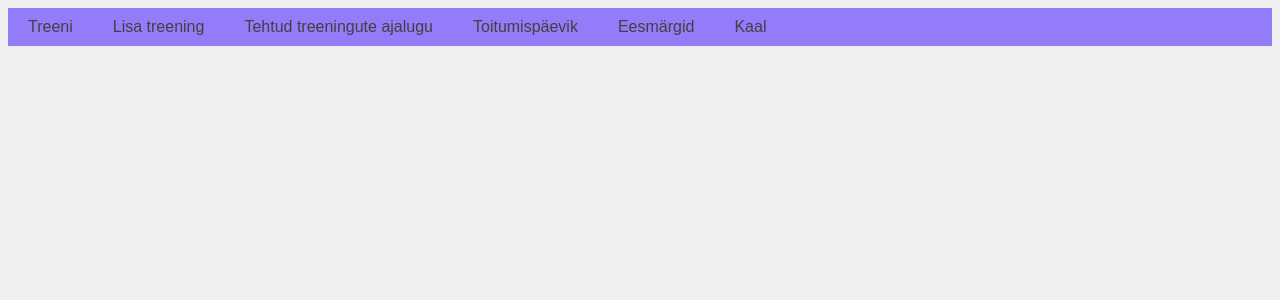
Repository: kairitsims/tarkvaratehnika
Page: Fitt/src/main/main.html
These files come from the project's save history. The page is drawn as it stood at one moment and after the next save; the edit follows.
The browser window is 1280 px wide. The pictures show the whole page.

Above is the page before, as saved 2017-02-18 16:35:15.

### Fitt/src/main/main.html
<!DOCTYPE html>
<html>

<head>
    <meta charset="utf-8">
    <title>Esileht</title>
    <link rel = "stylesheet" href="style.css">
</head>

<body>

<div>
    <ul>
        <li><a href="main.php">Treeni</a></li>
         <li><a href="description.php">Lisa treening</a></li>
        <li><a href="description.php">Tehtud treeningute ajalugu</a></li>
        <li><a href="tweet.php">Toitumispäevik</a></li>
        <li><a href="search.php">Eesmärgid</a></li>
        <li><a href="logout.php">Kaal</a></li>
    </ul>
</div>


</body>
</html>

### Fitt/src/main/style.css
body{
    background-color: #efefef;
    font-family: sans-serif;
    text-align: center;
}

 .main{
    width: 500px;
    height: 400px;
    background-color: white;
    color: #4a4a4a;
    margin-left: auto;
    margin-right: auto;
    margin-top: 100px;
}

.tableStyle{
    margin-left: auto;
    margin-right: auto;
}


a.button {
	background-color: #558ED5;
    color: white;
    border: none;
    margin-left: auto;
    margin-right: auto;
    text-align: center;
    text-decoration: none;
    display: inline-block;
    font-size: 16px;
    cursor: pointer;
    margin-top: 20px;
    width: 70px;
    height: 50px;
    text-align: center;
    line-height: 21px;
}

input[type="text"] {
    width: 150px;
}

input[type="password"] {
    width: 150px;
}

ul {
    list-style-type: none; /*Eemaldab punktid listi eest*/
    margin: 0; /*Eemaldab brauseri standartseaded*/
    padding: 0; /*Eemaldab brauseri standartseaded*/
    overflow: hidden;
    background-color: #937bfa;
}

li {
    float: left; /*Selle abil sain menüü horisontaalseks*/
}

li a {
    display: block; /*ruudu kujulised menüülingid*/
    color: #414141; /*menüü teksti värv*/
    text-align: center;
    padding: 10px 20px; /*Menüükastide suurused*/
    text-decoration: none;
}

li a:hover {
    background-color: #dbdbdb; /*Peale liikudes muudab värvi menüü valik*/
}

After the next save:
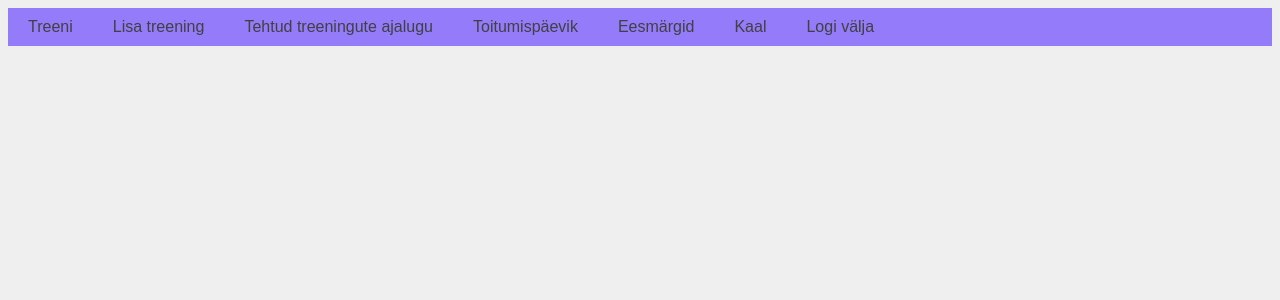
Saved 28 s later.
--- a/Fitt/src/main/main.html
+++ b/Fitt/src/main/main.html
@@ -17,6 +17,7 @@
         <li><a href="tweet.php">Toitumispäevik</a></li>
         <li><a href="search.php">Eesmärgid</a></li>
         <li><a href="logout.php">Kaal</a></li>
+        <li><a href="logout.php">Logi välja</a></li>
     </ul>
 </div>
 
